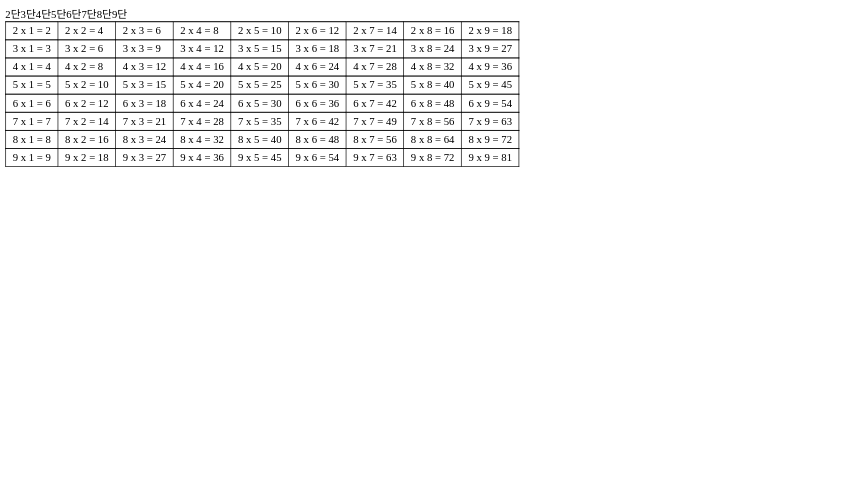
Repository: carnelli95/workspace_JSP
Page: http://localhost/MustHaveJSP/JSPMission/Gugudan2.jsp
An editor plug-in stored every save of this project. The page is shown before and after a run of saves, followed by the edit.
The browser window is 1280 px wide. The pictures show the whole page, at 67% of full size.
The page is served by Tomcat 9.

Above is the page before, as saved 2025-09-26 07:39:29.

After the next 4 saves:
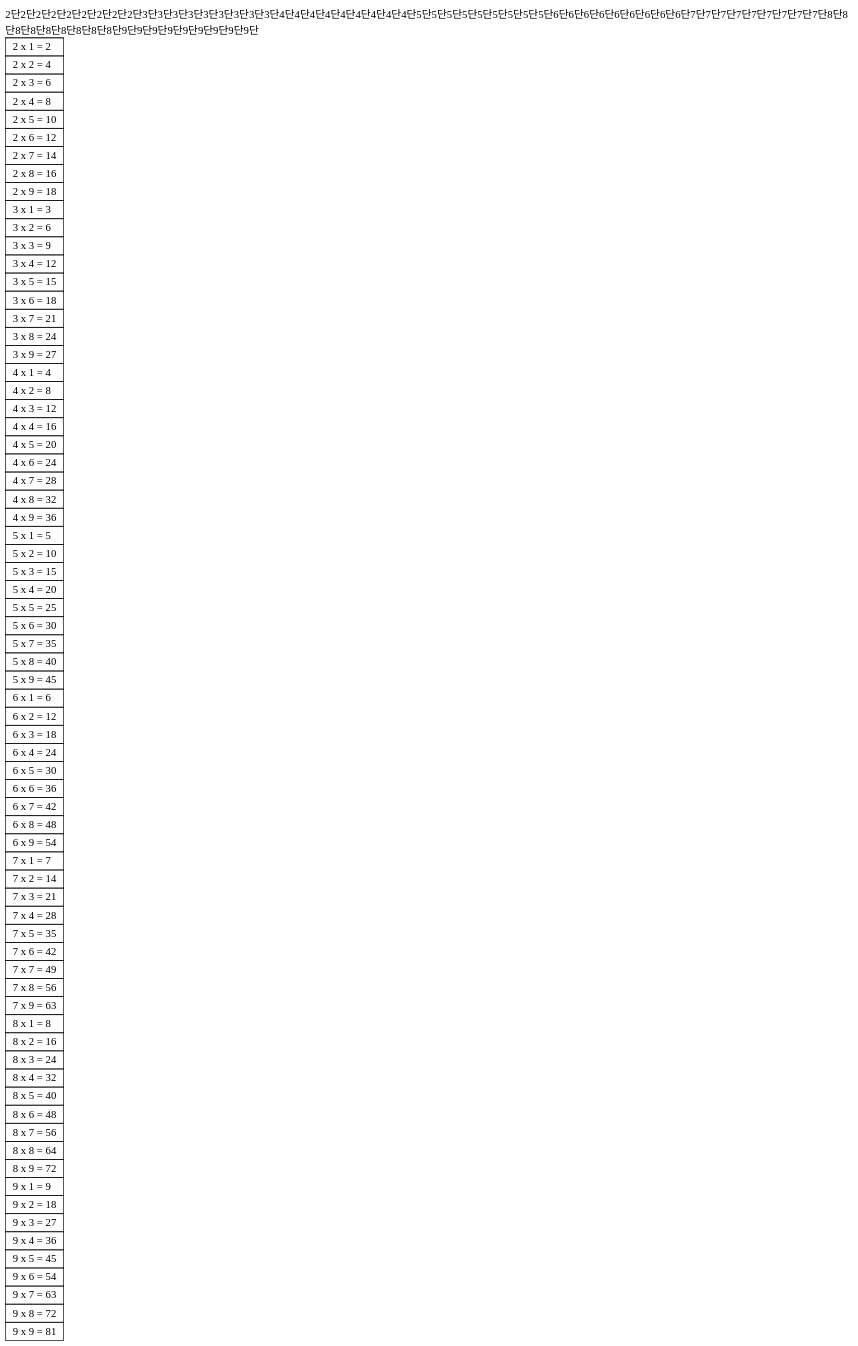
The 4 saves are shown as one change because 3 did not build or start.
The last was saved 3 min 31 s later.
--- a/MustHaveJSP/src/main/webapp/JSPMission/Gugudan2.jsp
+++ b/MustHaveJSP/src/main/webapp/JSPMission/Gugudan2.jsp
@@ -24,8 +24,9 @@
 <table>
 	<%
 		for(int i = 2; i <= 9; i++) {
-			out.println("<tr>" + i + "단</tr>");
+
 			for(int j = 1; j <= 9; j++) {
+				out.println("<tr>" + i + "단</tr>");
 				out.print("<td>" + i + " x " + j  + " = " + i * j + "</td>" + "\t");
 			}
 		}

After the save that followed:
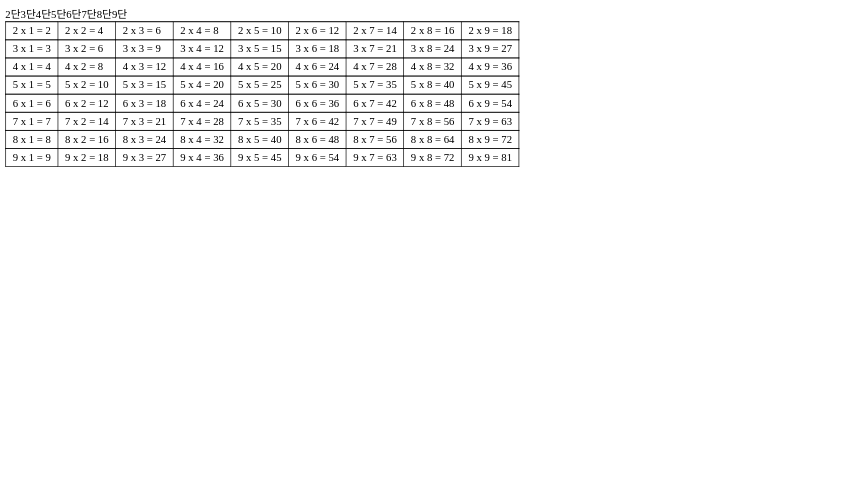
Saved 9 s later.
--- a/MustHaveJSP/src/main/webapp/JSPMission/Gugudan2.jsp
+++ b/MustHaveJSP/src/main/webapp/JSPMission/Gugudan2.jsp
@@ -24,9 +24,9 @@
 <table>
 	<%
 		for(int i = 2; i <= 9; i++) {
+			out.println("<tr>" + i + "단</tr>");
+			for(int j = 1; j <= 9; j++) {
 
-			for(int j = 1; j <= 9; j++) {
-				out.println("<tr>" + i + "단</tr>");
 				out.print("<td>" + i + " x " + j  + " = " + i * j + "</td>" + "\t");
 			}
 		}
